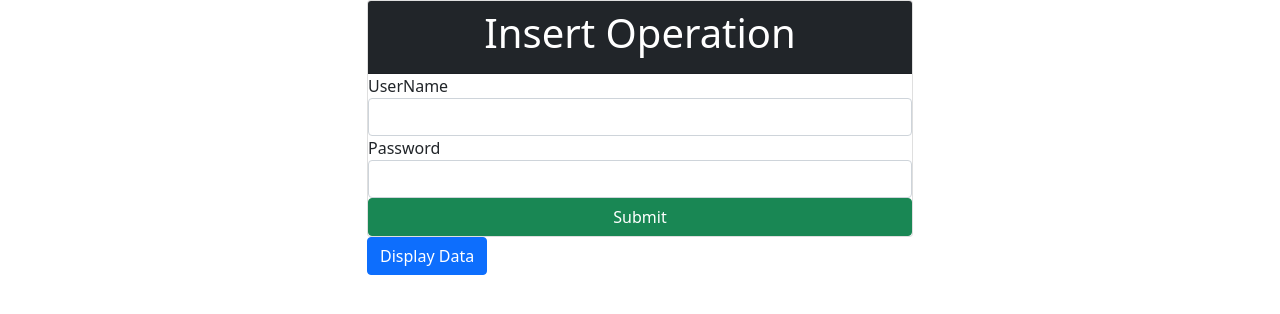
Repository: Syeda-Somiya-Tasnim/ClassCrud
Page: http://localhost/update.php
An editor plug-in stored every save of this project. The page is shown before and after the next save, followed by the edit.
The browser window is 1280 px wide. The pictures show the whole page.
The page is run by PHP 8.4 with error messages shown; the project is at /var/www/html/.

Above is the page before, as saved 2021-10-22 21:46:15.

### update.php
<?php

include 'conn.php';

if (count($_POST) != 0) {
    extract($_POST);
    extract($_GET);
    $query="UPDATE user SET username='$username',password='$password' WHERE id='$id'";
    $result = mysqli_query($conn, $query);
    if ($result == true) {
        echo "Record Inserted";
    } else {
        echo "failed";
    }
}

?>



<!DOCTYPE html>
<html lang="en">

<head>
    <meta charset="UTF-8">
    <meta http-equiv="X-UA-Compatible" content="IE=edge">
    <meta name="viewport" content="width=device-width, initial-scale=1.0">
    <title>Document</title>
    <link rel="stylesheet" href="https://cdn.jsdelivr.net/npm/bootstrap@5.0.2/dist/css/bootstrap.min.css">
</head>

<body>
    <div class="container">
        <div class="row">
            <div class="col-lg-6 m-auto">
                <form method="post" action="">
                    <div class="card">
                        <div class="card-header bg-dark">
                            <h1 class="text-center text-white">Insert Operation</h1>
                        </div>
                        <div class="form-group">
                            <label for="username">UserName</label>
                            <input type="text" class="form-control" name="username">
                        </div>
                        <div class="form-group">
                            <label for="password">Password</label>
                            <input type="text" class="form-control" name="password">
                        </div>

                        <button type="submit" class="btn btn-success">Submit</button>
                    </div>
                </form>
                <h5><a href="display.php"> <input type="button" class="btn btn-primary" value="Display Data"></a></h5>
            </div>

        </div>
    </div>

</body>

</html>

### conn.php
<?php

 $conn=mysqli_connect('localhost','root','','crudclass');

?>

After the next save:
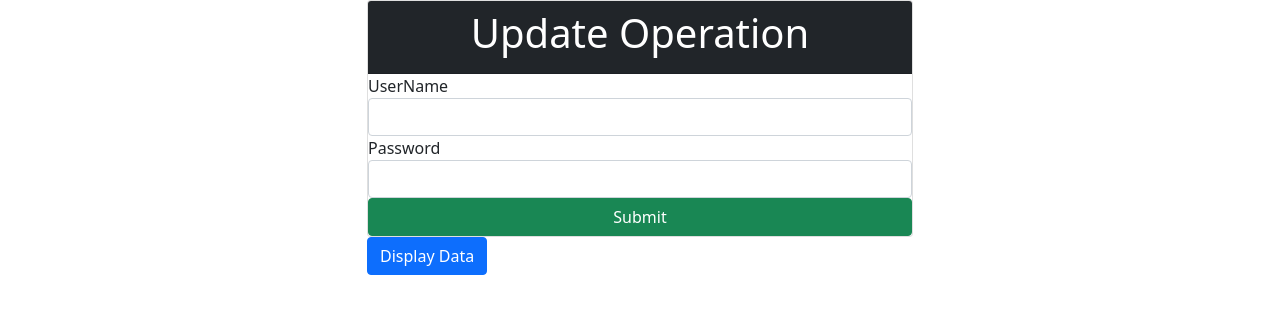
Saved 2 min 50 s later.
--- a/update.php
+++ b/update.php
@@ -36,7 +36,7 @@ if (count($_POST) != 0) {
                 <form method="post" action="">
                     <div class="card">
                         <div class="card-header bg-dark">
-                            <h1 class="text-center text-white">Insert Operation</h1>
+                            <h1 class="text-center text-white">Update Operation</h1>
                         </div>
                         <div class="form-group">
                             <label for="username">UserName</label>
